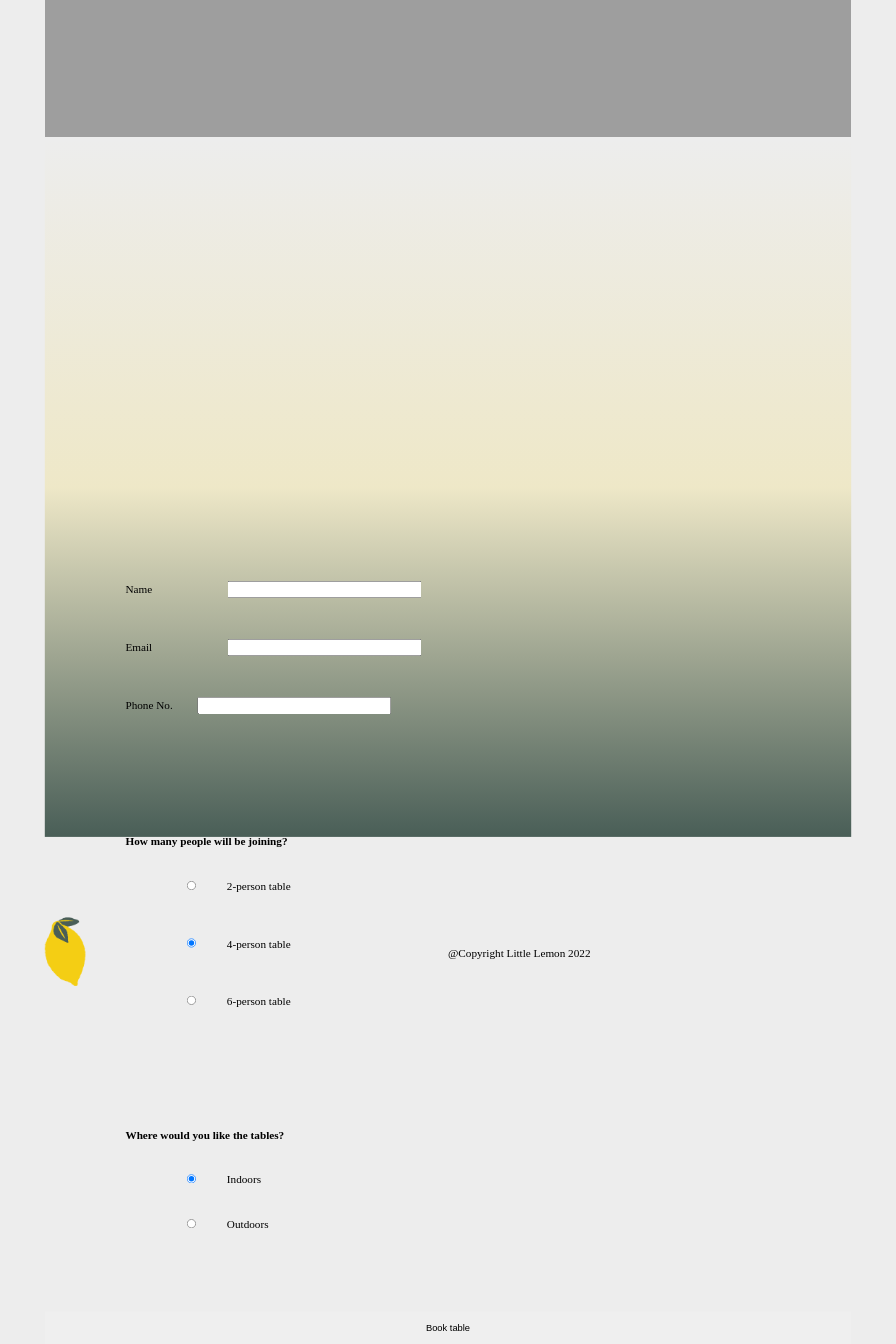
Repository: klone007/littleLemon
Page: index.html
The author's editor kept a copy of each file at every save. The page is drawn from the files as they stood at one save, then again after a run of saves.
The browser window is 1280 px wide. The pictures show the part of the page from y = 2772 to 4692 px (the page is 4692 px tall before and 4404 px after), at 70% of full size.
Pictures or frames that could not be fetched are drawn as grey boxes. A picture or video elsewhere on the page could not be fetched, so the positions and the page height are approximate. Backgrounds fixed to the window are drawn as part of the page.

Above is the page before, as saved 2022-11-17 13:51:11.

After the next 2 saves:
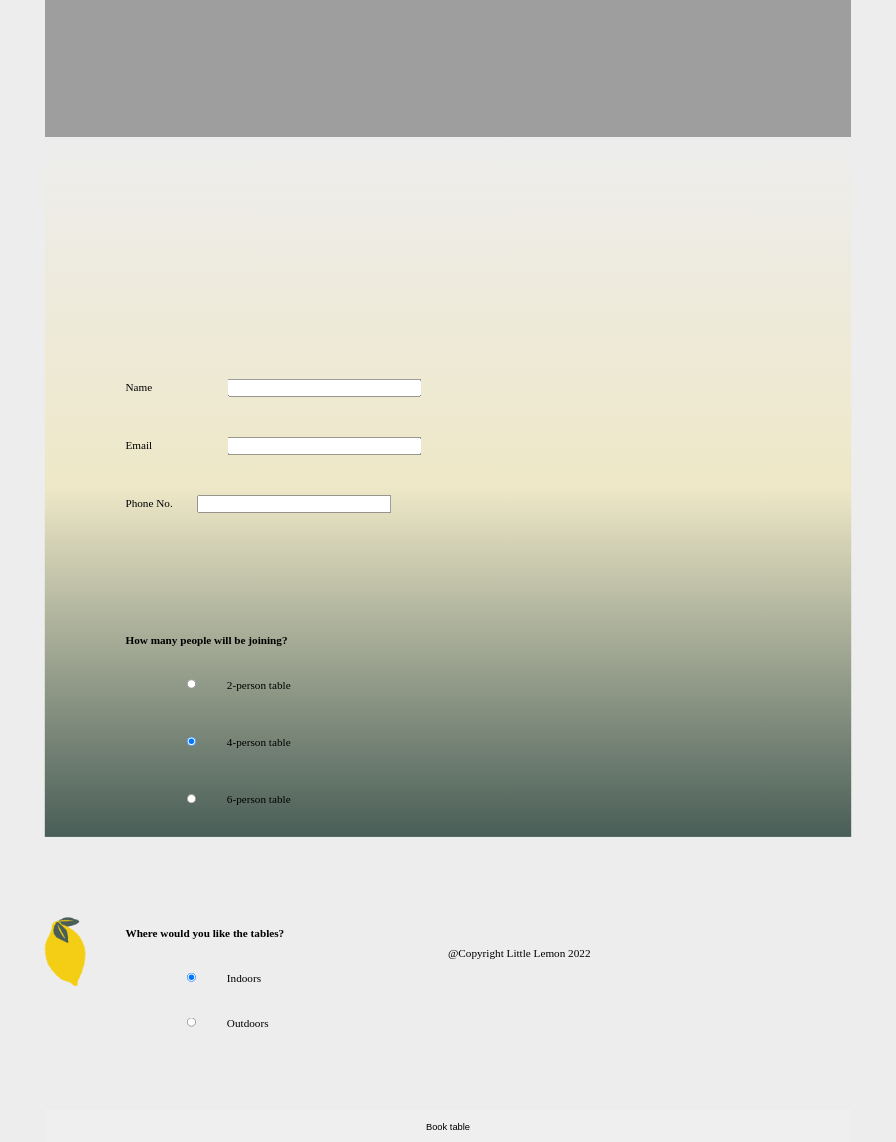
The 2 saves are shown as one change because they came seconds apart.
The last was saved 102 s later.
--- a/styles.css
+++ b/styles.css
@@ -495,7 +495,7 @@
     display:flex;
     flex-direction: column;
     align-items: stretch;
-    padding-top:50%;
+    padding-top:25%;
 }
 .content label {
     padding-top:5%;
